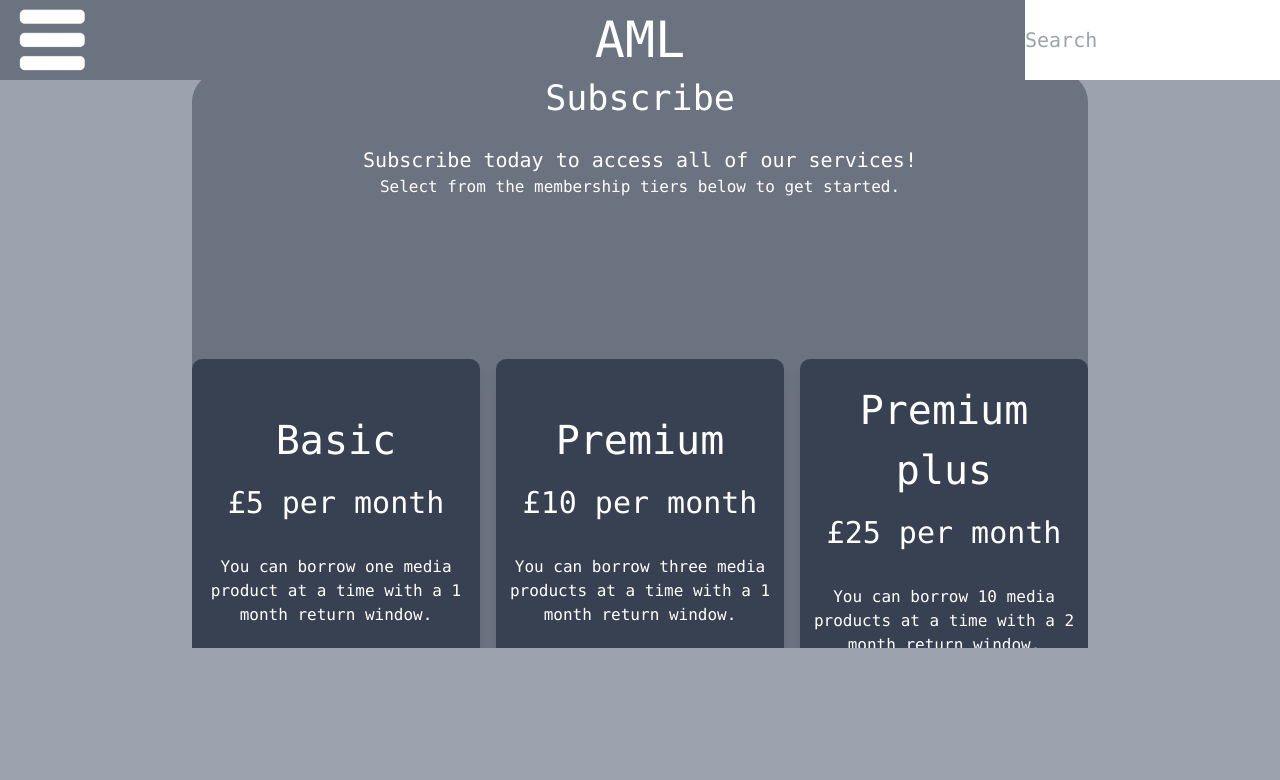
Repository: DuyKhanhDo/AML-Concept
Page: http://localhost/subscribe
An editor plug-in stored every save of this project. The page is shown before and after the next save, followed by the edit.
The browser window is 1280 px wide. The pictures show the whole page.
Some web libraries are served in a nearby version. The page is served by the project's Laravel application, run on PHP 8.4 with Laravel 12. A made-up administrator, Test User (test@example.com), is signed in. Other server files are loaded and not shown.

Above is the page before, as saved 2024-11-11 14:10:24.

### routes/web.php
<?php

use App\Http\Controllers\RegisterController;
use App\Http\Controllers\LogInController;
use App\Http\Controllers\ProfileController;
use App\Http\Controllers\SubscriptionController;
use Illuminate\Support\Facades\Route;
use Illuminate\Support\Facades\Auth;

Auth::routes();

Route::get('/', function () {
    return view('catalogue');
});

Route::get('/login', [LogInController::class, 'LogInView'])->name('login');
Route::post('/submit-login', [LogInController::class, 'Submit'])->name('submit.login');

Route::get('/register', [RegisterController::class, 'RegisterView'])->name('register');
Route::post('/submit-register', [RegisterController::class, 'Submit'])->name('submit.register');

Route::get('/subscribe', [SubscriptionController::class, 'SubscribeView'])->name('subscribe');

Route::post('/logout', function(){
    Auth::logout();
    return redirect()->back();
})->name('logout');

### app/Models/User.php
<?php

namespace App\Models;

use Illuminate\Auth\Middleware\Authenticate;
use Illuminate\Database\Eloquent\Model;
use Illuminate\Foundation\Auth\User as Authenticatable;
use Illuminate\Notifications\Notifiable;

class User extends Authenticatable
{
    use Notifiable;
    public $timestamps = false;

    protected $table = 'Users';

    protected $fillable = ['name', 'email', 'password', 'dob'];
};

### app/Http/Controllers/SubscriptionController.php
<?php

namespace App\Http\Controllers;

use Illuminate\Http\Request;

class SubscriptionController extends Controller
{
    public function __construct()
    {
        $this->middleware('auth');
    }

    public function SubscribeView()
    {
        return view('subscribe');
    }
}

### resources/views/subscribe.blade.php
<x-base>
    <x-slot:content>
        <main class="flex justify-center items-center h-screen">
            <div class="absolute top-[5vh] bg-gray-500 w-[70vw] h-[80vh] mt-[5vh] rounded-[30px] flex items-center flex-col">
                <h1 class="text-[35px]">Subscribe</h1>
                <h3 class="text-[20px] mt-[20px]">Subscribe today to access all of our services!</h3>
                <h5>Select from the membership tiers below to get started.</h5>
                <div class="flex overflow-x-auto w-full space-x-4 justify-center">
                    <x-subscription-tier tier='Basic' price='£5' benefits='You can borrow one media product at a time with a 1 month return window.'></x-subscription-tier>
                    <x-subscription-tier tier='Premium' price='£10' benefits='You can borrow three media products at a time with a 1 month return window.'></x-subscription-tier>
                    <x-subscription-tier tier='Premium plus' price='£25' benefits='You can borrow 10 media products at a time with a 2 month return window.'></x-subscription-tier>
                </div>
            </div>
        </main>
    </x-slot>
</x-base>

### resources/views/components/subscription-tier.blade.php
<button class="bg-gray-700 rounded-[10px] w-[20rem] h-[20rem] shadow-lg mt-[10rem]">
    <h2 class="text-[40px] mb-[10px]">{{ $tier }}</h2>
    <h2 class="text-[30px] mb-[30px]">{{ $price }} per month</h2>
    <h3></h3>
    <h3>{{ $benefits }}</h3>
</button>

### resources/views/components/base.blade.php
<!DOCTYPE html>
<html lang="en">
<head>
    <meta charset="UTF-8">
    <meta name="viewport" content="width=device-width, initial-scale=1.0">
    <title>AML</title>
    <script src="https://cdn.tailwindcss.com"></script>
</head>
<body class="bg-gray-400 font-mono">
    <x-navigation-bar></x-navigation-bar>
    <main class="mt-[5vh] text-white text-center">
        {{ $content }}
    </main>
</body>
</html>

### resources/views/components/navigation-bar.blade.php
<div class="fixed left-0 top-0 w-full h-[5rem] flex items-center justify-center bg-gray-500 m-0 p-0 box-border font-mono z-50">
    <button id="toggle-sidebar" class="absolute left-0 ml-[10px] h-full"><img class="h-full" draggable="false" src="{{ asset('assets/sidebar-img.png') }}" alt=""></button>
    <h1 class="text-[50px] text-white">AML</h1>
    <input type="text" class="absolute right-0 ml-[10px] h-full radius-[20px] text-[20px]" placeholder="Search">
</div>
<div id="sidebar" class="fixed left-0 top-[5rem] bg-gray-500 w-[20rem] h-[95vh] flex flex-col opacity-0 z-50 transition-opacity duraction-900">
    <ul class="text-center text-white w-full flex items-center">
        <x-side-bar-btn :csrf=false method="GET" route="/" name="Catalogue"></x-side-bar-btn>
    </ul>
    <ul class="absolute bottom-0 flex flex-col text-center text-white w-full flex items-center">
        @if (Auth::check())
            <x-side-bar-btn :csrf=true method="POST" route="{{ route('logout') }}" name="Sign out"></x-side-bar-btn>
        @else
            <x-side-bar-btn :csrf=false method="GET" route="{{ route('login') }}" name="Log in"></x-side-bar-btn>
            <x-side-bar-btn :csrf=false method="GET" route="{{ route('register') }}" name="Register"></x-side-bar-btn>
        @endif
    </ul>
</div>

<script>
    const button = document.getElementById('toggle-sidebar')
    const sidebar = document.getElementById('sidebar')

    button.addEventListener('click',function(){
        sidebar.classList.toggle('opacity-0');
        sidebar.classList.toggle('opacity-100');
    })
</script>

### resources/views/components/side-bar-btn.blade.php
<form class="w-full" method="{{ $method }}" action='{{ $route }}'>
    @if ($csrf == true)
        @csrf
    @endif

    <li class="mx-auto bg-gray-700 w-full h-[5rem] mb-[10px] flex items-center justify-center">
        <button type="submit" class="font-mono text-[30px] w-full">
            {{ $name }}
        </button>
    </li>
</form>

Loaded but not shown: app/Http/Controllers/Auth/ConfirmPasswordController.php (common file); app/Http/Controllers/Controller.php (common file)

After the next save:
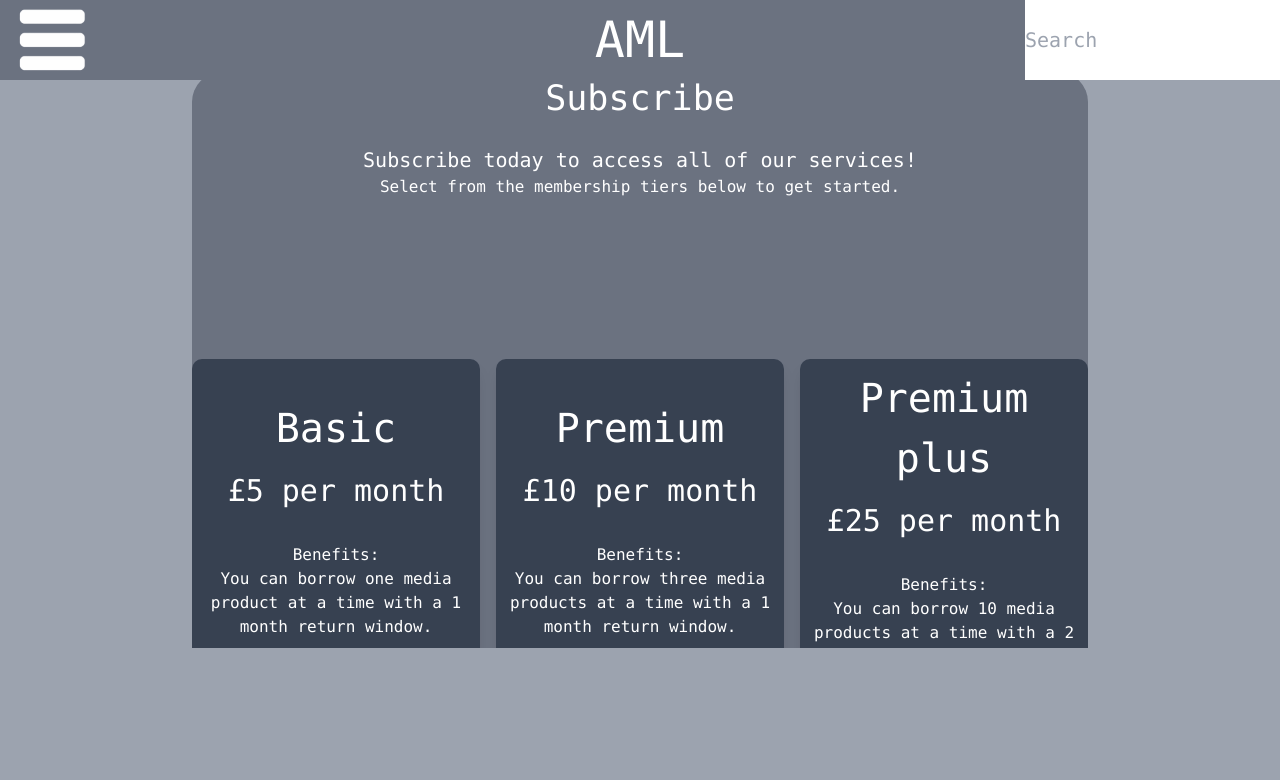
Saved 8 s later.
--- a/resources/views/components/subscription-tier.blade.php
+++ b/resources/views/components/subscription-tier.blade.php
@@ -1,6 +1,6 @@
 <button class="bg-gray-700 rounded-[10px] w-[20rem] h-[20rem] shadow-lg mt-[10rem]">
     <h2 class="text-[40px] mb-[10px]">{{ $tier }}</h2>
     <h2 class="text-[30px] mb-[30px]">{{ $price }} per month</h2>
-    <h3></h3>
+    <h3>Benefits:</h3>
     <h3>{{ $benefits }}</h3>
 </button>
